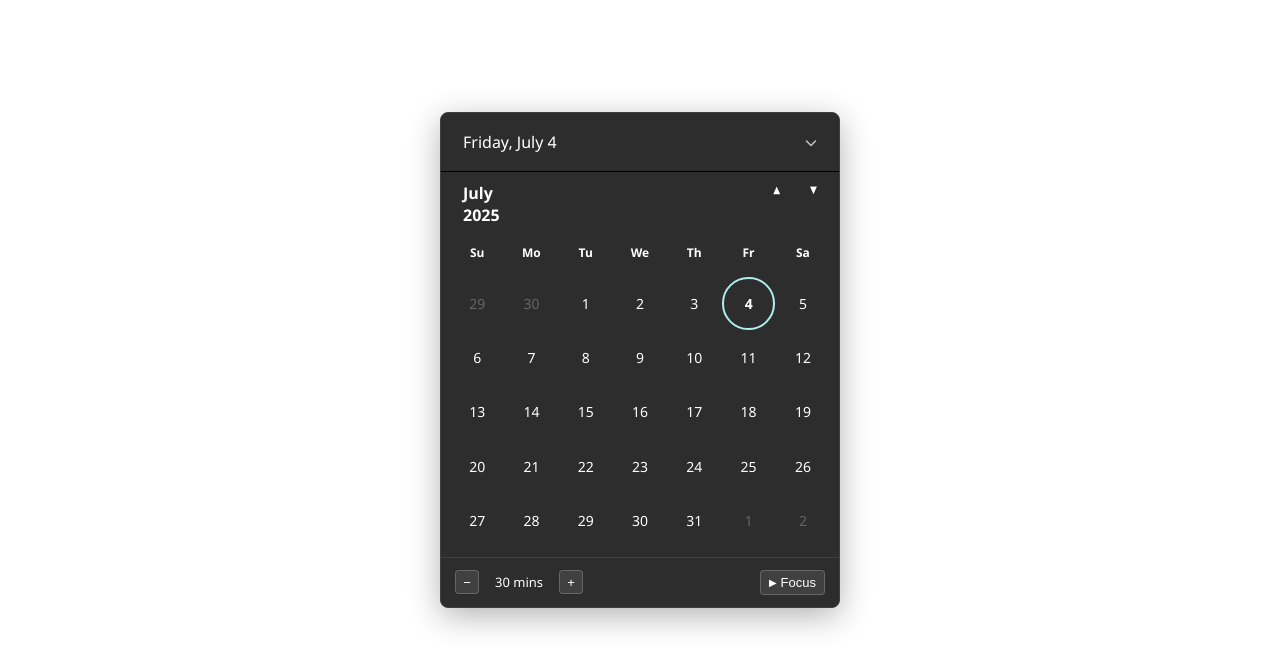
Repository: ThuTrang-jvb/JVB_BT2
Page: index.html
These files come from the project's save history. The page is drawn as it stood at one moment and after the next save; the edit follows.
The browser window is 1280 px wide. The pictures show the whole page.

Above is the page before, as saved 2025-07-07 11:27:27.

### index.html
<!DOCTYPE html>
<html lang="en">
<head>
  <meta charset="UTF-8" />
  <meta name="viewport" content="width=device-width, initial-scale=1.0"/>
  <title>Calendar</title>
  <link rel="stylesheet" href="style.css" />
  <link rel="stylesheet" href="https://cdnjs.cloudflare.com/ajax/libs/font-awesome/6.4.0/css/all.min.css" />
</head>
<body>
  <div class="calendar">
    <div class="top-bar">
      <div class="date-display" id="dateToggle">
        <span id="dateText">Monday, November 7</span>
        <span class="dropdown-icon" id="dropdownIcon">
          <i class="fa-solid fa-chevron-down"></i>
        </span>
      </div>
    </div>

    <div class="navigation-bar">
      <div class="title-block" id="calendarTitle">
        <span id="calendarTitleText">November 2022</span>
        <div class="arrow-controls">
          <span>&#9650;</span>
          <span>&#9660;</span>
        </div>
      </div>
    </div>

    <div class="main-calendar">
      <div class="weekday-header" id="weekdayHeader">
        <div class="weekday">Su</div>
        <div class="weekday">Mo</div>
        <div class="weekday">Tu</div>
        <div class="weekday">We</div>
        <div class="weekday">Th</div>
        <div class="weekday">Fr</div>
        <div class="weekday">Sa</div>
      </div>
      <div class="grid-display month-view" id="gridContainer"></div>
    </div>

    <div class="bottom-panel">
      <div class="control-section">
        <div class="session-control">
          <button class="btn-time" id="minusTime">−</button>
          <span class="time-display" id="durationLabel">30 mins</span>
          <button class="btn-time" id="plusTime">+</button>
        </div>
        <button class="session-btn" id="startBtn">
          <span class="session-icon">▶</span>
          <span>Focus</span>
        </button>
      </div>
    </div>
  </div>
  <script src="main.js"></script>
</body>
</html>

### style.css

* {
    margin: 0;
    padding: 0;
    box-sizing: border-box;
}

body {
    font-family: "Segoe UI", Tahoma, Geneva, Verdana, sans-serif;
    background: #ffffff;
    color: #000000;
    min-height: 100vh;
    display: flex;
    align-items: center;
    justify-content: center;
}

.calendar {
    background: #2d2d2d;
    border-radius: 8px;
    width: 100%;
    max-width: 400px;
    box-shadow: 0 8px 32px rgba(0, 0, 0, 0.3);
    border: 1px solid #404040;
    overflow: hidden;
    display: flex;
    flex-direction: column;
}

.top-bar {
    background: #2d2d2d;
    padding: 18px 22px;
    border-bottom: 1px solid #000;
}

.date-display {
    display: flex;
    align-items: center;
    justify-content: space-between;
    font-size: 16px;
    font-weight: 400;
    color: #ffffff;
    cursor: pointer;
    transition: color 0.2s ease;
}

.date-display:hover {
    color: #60a5fa;
}

.dropdown-icon {
    opacity: 0.7;
    font-size: 12px;
}

.navigation-bar {
    display: flex;
    align-items: center;
    justify-content: space-between;
    font-weight: 500;
    padding: 10px 22px;
    background: #2d2d2d;
}

.title-block {
    display: grid;
    grid-template-columns: repeat(2,1fr);
    gap: 240px;
    font-size: 16px;
    font-weight: 600;
    color: #ffffff;
    cursor: pointer;
    transition: color 0.2s ease;
}

.title-block:hover {
    color: #60a5fa;
}

.arrow-controls {
    display: flex;
    gap: 30px;
    font-size: 10px;
    margin-left: auto;
}

.weekday-header {
    display: grid;
    grid-template-columns: repeat(7, 1fr);
    gap: 2px;
    margin-bottom: 8px;
    padding: 0 10px;
}

.weekday {
    text-align: center;
    font-size: 12px;
    font-weight: 600;
    color: white;
    padding: 8px 4px;
}

.grid-display {
    display: grid;
    gap: 2px;
    padding: 0 10px 10px;
}

.month-view {
    grid-template-columns: repeat(7, 1fr);
}

.year-view {
    grid-template-columns: repeat(4, 1fr);
    gap: 8px;
}

.decade-view {
    grid-template-columns: repeat(4, 1fr);
    gap: 8px;
}

.grid-cell,
.year-cell,
.decade-cell {
    aspect-ratio: 1;
    display: flex;
    align-items: center;
    justify-content: center;
    cursor: pointer;
    border-radius: 4px;
    font-size: 14px;
    font-weight: 400;
    transition: all 0.2s ease;
    color: #ffffff;
    min-height: 32px;
}

.grid-cell:hover,
.year-cell:hover,
.decade-cell:hover {
    background: #404040;
    border-radius: 50%;
}

.grid-cell.dimmed,
.decade-cell.dimmed {
    color: #666666;
}

.grid-cell.today,
.year-cell.current,
.decade-cell.current {
    background: #0078d4;
    color: white;
    font-weight: 600;
    border-radius: 50%;
}

.grid-cell.selected,
.year-cell.selected,
.decade-cell.selected {
    background: none;
    border: 2px solid paleturquoise;
    color: white;
    font-weight: 600;
    border-radius: 50%;
}

.bottom-panel {
    padding: 12px 14px;
    border-top: 1px solid #404040;
    background: #2d2d2d;
}

.control-section {
    display: flex;
    justify-content: space-between;
    align-items: center;
}

.session-control {
    display: flex;
    align-items: center;
    gap: 6px;
}

.btn-time {
    background: #404040;
    color: white;
    cursor: pointer;
    font-size: 13px;
    width: 24px;
    height: 24px;
    display: flex;
    align-items: center;
    justify-content: center;
    border: 1px solid rgba(255, 255, 255, 0.2);
    transition: all 0.2s ease;
    border-radius: 4px;
}

.btn-time:hover {
    color: #60a5fa;
}

.time-display {
    font-size: 13px;
    color: white;
    min-width: 60px;
    padding: 0 10px;
    text-align: center;
}

.session-btn {
    background: #404040;
    border: 1px solid rgba(255, 255, 255, 0.2);
    padding: 4px 8px;
    color: white;
    font-size: 13px;
    cursor: pointer;
    display: flex;
    align-items: center;
    gap: 4px;
    transition: color 0.2s ease;
    border-radius: 4px;
}

.session-btn:hover {
    color: #60a5fa;
    background: #404040;
}

.session-icon {
    font-size: 10px;
}

.hidden {
    display: none;
}
.main-calendar {
    overflow: hidden;
    transition: max-height 0.4s ease;
}
.main-calendar.collapsed {
  max-height: 0;
}

@media (max-width: 480px) {
    .calendar {
        width: 90%;
        margin: 10px;
    }
}

### main.js
class Calendar {
    constructor() {
        this.currentDate = new Date();
        this.selectedDate = new Date();
        this.currentMonth = new Date();
        this.viewMode = 'month';
        this.timeMinutes = 30;
        this.focusInterval = null;
        this.remainingSeconds = 0;

        this.months = [
            'January', 'February', 'March', 'April', 'May', 'June',
            'July', 'August', 'September', 'October', 'November', 'December'
        ];

        this.monthsShort = [
            'Jan', 'Feb', 'Mar', 'Apr', 'May', 'Jun',
            'Jul', 'Aug', 'Sep', 'Oct', 'Nov', 'Dec'
        ];

        this.init();
    }

    init() {
        this.bindEvents();
        this.updateDisplay();
        this.startRealTimeUpdate();
    }

    bindEvents() {
        document.getElementById('dateText').addEventListener('click', () => this.handleHeaderClick())
        document.querySelector('.dropdown-icon').addEventListener('click', () => this.isCollapsed());
        document.getElementById('calendarTitle').addEventListener('click', () => this.handleNavTitleClick());
        const arrows = document.querySelectorAll('.arrow-controls span');
        if (arrows.length >= 2) {
            arrows[0].addEventListener('click', () => this.navigate(-1));
            arrows[1].addEventListener('click', () => this.navigate(1));
        }

        document.getElementById('minusTime').addEventListener('click', () => this.adjustTime(-5));
        document.getElementById('plusTime').addEventListener('click', () => this.adjustTime(15));
        document.getElementById('startBtn').addEventListener('click', () => this.toggleFocus());
    }

    adjustTime(minutes) {
        this.timeMinutes += minutes;
        if (this.timeMinutes < 5) this.timeMinutes = 5;
        if (this.timeMinutes > 480) this.timeMinutes = 480;
        this.updateTimeDisplay();
    }

    updateTimeDisplay() {
        const timeLabel = document.getElementById('durationLabel');
        if (this.timeMinutes >= 60) {
            const hours = Math.floor(this.timeMinutes / 60);
            const mins = this.timeMinutes % 60;
            if (mins === 0) {
                timeLabel.textContent = `${hours} hr${hours > 1 ? 's' : ''}`;
            } else {
                timeLabel.textContent = `${hours}h ${mins}m`;
            }
        } else {
            timeLabel.textContent = `${this.timeMinutes} mins`;
        }
    }

    toggleFocus() {
        const focusBtn = document.getElementById('startBtn');
        const icon = focusBtn.querySelector('.session-icon');
        const text = focusBtn.querySelector('span:last-child');

        if (text.textContent === 'Focus') {
            text.textContent = 'Stop';
            icon.textContent = '⏸';
            focusBtn.style.color = '#60a5fa';
            this.remainingSeconds = this.timeMinutes * 60;

            this.focusInterval = setInterval(() => {
                this.remainingSeconds--;
                this.updateCountdownDisplay();

                if (this.remainingSeconds <= 0) {
                    clearInterval(this.focusInterval);
                    this.focusInterval = null;
                    alert("Time's up!");
                    this.resetFocusButton();
                }
            }, 1000);

        } else {
            clearInterval(this.focusInterval);
            this.focusInterval = null;
            this.resetFocusButton();
            this.updateTimeDisplay();
        }
    }

    updateCountdownDisplay() {
        const timeLabel = document.getElementById('durationLabel');
        const minutes = Math.floor(this.remainingSeconds / 60);
        const seconds = this.remainingSeconds % 60;
        timeLabel.textContent = `${minutes}m ${seconds}s`;
    }

    resetFocusButton() {
        const focusBtn = document.getElementById('startBtn');
        const icon = focusBtn.querySelector('.session-icon');
        const text = focusBtn.querySelector('span:last-child');

        text.textContent = 'Focus';
        icon.textContent = '\u25B6';
        focusBtn.style.color = '#888888';
    }

    startRealTimeUpdate() {
        setInterval(() => {
            this.currentDate = new Date();
            this.updateHeaderDate();
        }, 1000);
    }

    handleHeaderClick() {
            this.viewMode = 'month';
            this.currentMonth = new Date(this.currentDate);
            this.selectedDate = new Date(this.currentDate);
            this.updateDisplay();

    }

    handleNavTitleClick() {
        switch (this.viewMode) {
            case 'month':
                this.viewMode = 'year';
                break;
            case 'year':
                this.viewMode = 'decade';
                break;
        }
        this.updateDisplay();
    }

    navigate(direction) {
        switch (this.viewMode) {
            case 'month':
                this.currentMonth.setMonth(this.currentMonth.getMonth() + direction);
                break;
            case 'year':
                this.currentMonth.setFullYear(this.currentMonth.getFullYear() + direction);
                break;
            case 'decade':
                this.currentMonth.setFullYear(this.currentMonth.getFullYear() + direction * 10);
                break;
        }
        this.updateDisplay();
    }

    updateDisplay() {
        this.updateHeaderDate();
        this.updateNavTitle();
        this.updateCalendarGrid();
        this.updateWeekdayHeader();
        this.updateTimeDisplay();
    }

    updateHeaderDate() {
        const options = { weekday: 'long', month: 'long', day: 'numeric' };
        const dateText = this.currentDate.toLocaleDateString('en-US', options);

        document.getElementById('dateText').textContent = dateText;
    }

    updateNavTitle() {
        let titleText = '';
        switch (this.viewMode) {
            case 'month':
                titleText = `${this.months[this.currentMonth.getMonth()]} ${this.currentMonth.getFullYear()}`;
                break;
            case 'year':
                titleText = this.currentMonth.getFullYear().toString();
                break;
            case 'decade':
                const startYear = Math.floor(this.currentMonth.getFullYear() / 10) * 10;
                titleText = `${startYear} - ${startYear + 9}`;
                break;
        }
        document.getElementById('calendarTitleText').textContent = titleText;
    }

    updateWeekdayHeader() {
        const header = document.getElementById('weekdayHeader');
        const grid = document.getElementById('gridContainer');

        if (this.viewMode === 'month') {
            header.classList.remove('hidden');
            grid.className = 'grid-display month-view';
        } else {
            header.classList.add('hidden');
            grid.className = `grid-display ${this.viewMode}-view`;
        }
    }

    updateCalendarGrid() {
        const grid = document.getElementById('gridContainer');
        grid.innerHTML = '';

        switch (this.viewMode) {
            case 'month':
                this.renderMonthView(grid);
                break;
            case 'year':
                this.renderYearView(grid);
                break;
            case 'decade':
                this.renderDecadeView(grid);
                break;
        }
    }

    renderMonthView(grid) {
        const daysInMonth = new Date(this.currentMonth.getFullYear(), this.currentMonth.getMonth() + 1, 0).getDate();
        const firstDay = new Date(this.currentMonth.getFullYear(), this.currentMonth.getMonth(), 1).getDay();
        const prevMonth = new Date(this.currentMonth.getFullYear(), this.currentMonth.getMonth(), 0);
        const prevMonthDays = prevMonth.getDate();

        for (let i = firstDay - 1; i >= 0; i--) {
            const day = document.createElement('div');
            day.className = 'grid-cell dimmed';
            day.textContent = prevMonthDays - i;
            grid.appendChild(day);
        }

        for (let day = 1; day <= daysInMonth; day++) {
            const date = new Date(this.currentMonth.getFullYear(), this.currentMonth.getMonth(), day);
            const dayElement = document.createElement('div');
            dayElement.className = 'grid-cell';
            dayElement.textContent = day;

            if (this.isSameDay(date, this.currentDate)) dayElement.classList.add('today');
            if (this.isSameDay(date, this.selectedDate)) dayElement.classList.add('selected');

            dayElement.addEventListener('click', () => {
                this.selectedDate = new Date(date);
                this.updateDisplay();
            });

            grid.appendChild(dayElement);
        }

        const totalCells = Math.ceil((firstDay + daysInMonth) / 7) * 7;
        const remainingCells = totalCells - (firstDay + daysInMonth);

        for (let day = 1; day <= remainingCells; day++) {
            const dayElement = document.createElement('div');
            dayElement.className = 'grid-cell dimmed';
            dayElement.textContent = day;
            grid.appendChild(dayElement);
        }
    }

    renderYearView(grid) {
        for (let month = 0; month < 12; month++) {
            const monthElement = document.createElement('div');
            monthElement.className = 'year-cell';
            monthElement.textContent = this.monthsShort[month];

            const date = new Date(this.currentMonth.getFullYear(), month, 1);

            if (month === this.currentDate.getMonth() && this.currentMonth.getFullYear() === this.currentDate.getFullYear()) {
                monthElement.classList.add('current');
            }
            if (month === this.currentMonth.getMonth()) {
                monthElement.classList.add('selected');
            }

            monthElement.addEventListener('click', () => {
                this.currentMonth.setMonth(month);
                this.viewMode = 'month';
                this.updateDisplay();
            });

            grid.appendChild(monthElement);
        }
    }

    renderDecadeView(grid) {
        const currentYear = this.currentMonth.getFullYear();
        const startYear = Math.floor(currentYear / 10) * 10 - 2;

        for (let i = 0; i < 16; i++) {
            const year = startYear + i;
            const yearElement = document.createElement('div');
            yearElement.className = 'decade-cell';
            yearElement.textContent = year;

            if (year === this.currentDate.getFullYear()) yearElement.classList.add('current');
            if (year === this.currentMonth.getFullYear()) yearElement.classList.add('selected');
            if (i < 2 || i > 13) yearElement.classList.add('dimmed');

            yearElement.addEventListener('click', () => {
                this.currentMonth.setFullYear(year);
                this.viewMode = 'year';
                this.updateDisplay();
            });

            grid.appendChild(yearElement);
        }
    }

    isSameDay(date1, date2) {
        return date1.getDate() === date2.getDate() &&
               date1.getMonth() === date2.getMonth() &&
               date1.getFullYear() === date2.getFullYear();
    }
    isCollapsed() {
        const calendar = document.querySelector('.calendar');
        const mainCalendar = document.querySelector('.main-calendar');
        const navigationBar = document.querySelector('.navigation-bar');
        const dropdownIcon = document.getElementById('dropdownIcon');

        calendar.classList.toggle('collapsed');

        if (calendar.classList.contains('collapsed')) {
            mainCalendar.style.display = 'none';
            navigationBar.style.display = 'none';

            // Đổi icon mũi tên thành hướng lên
            if (dropdownIcon.tagName === 'I') {
                dropdownIcon.classList.remove('fa-chevron-down');
                dropdownIcon.classList.add('fa-chevron-up');
            } else {
                dropdownIcon.textContent = '▲';
            }
        } else {
            mainCalendar.style.display = '';
            navigationBar.style.display = '';

            // Đổi icon mũi tên thành hướng xuống
            if (dropdownIcon.tagName === 'I') {
                dropdownIcon.classList.remove('fa-chevron-up');
                dropdownIcon.classList.add('fa-chevron-down');
            } else {
                dropdownIcon.textContent = '▼';
            }
        }
    }

}

document.addEventListener('DOMContentLoaded', () => {
    new Calendar();
});

After the next save:
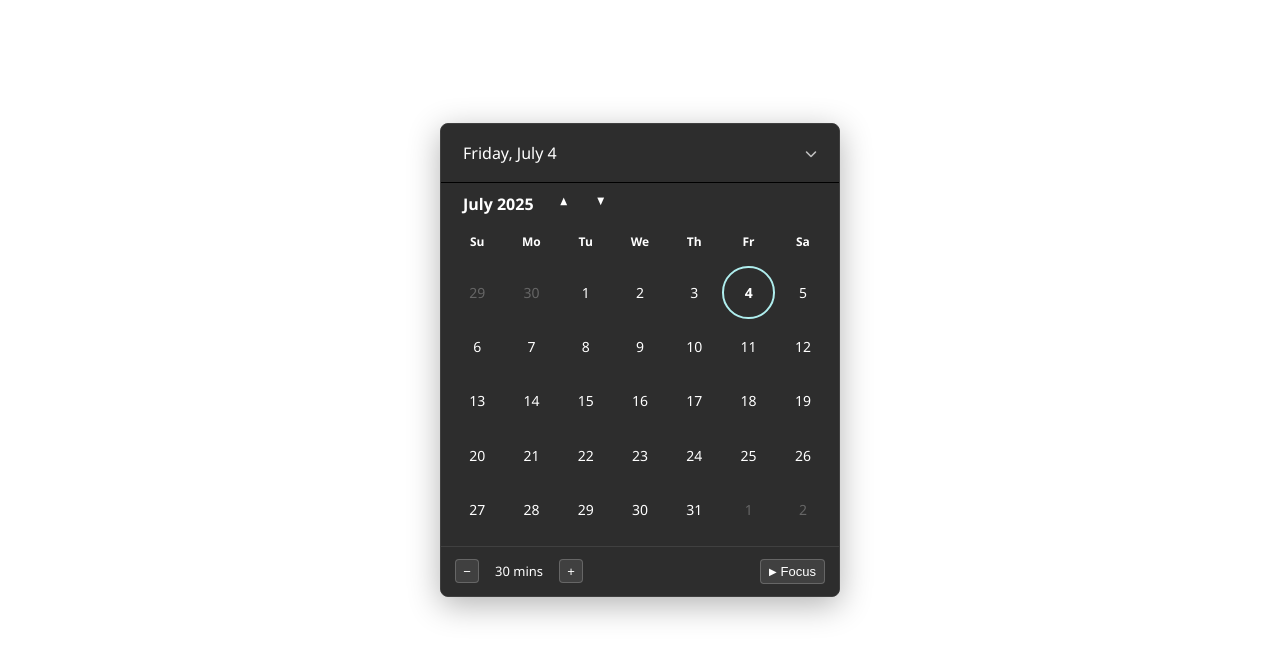
Saved 7 s later.
--- a/style.css
+++ b/style.css
@@ -65,7 +65,6 @@ body {
 .title-block {
     display: grid;
     grid-template-columns: repeat(2,1fr);
-    gap: 240px;
     font-size: 16px;
     font-weight: 600;
     color: #ffffff;
